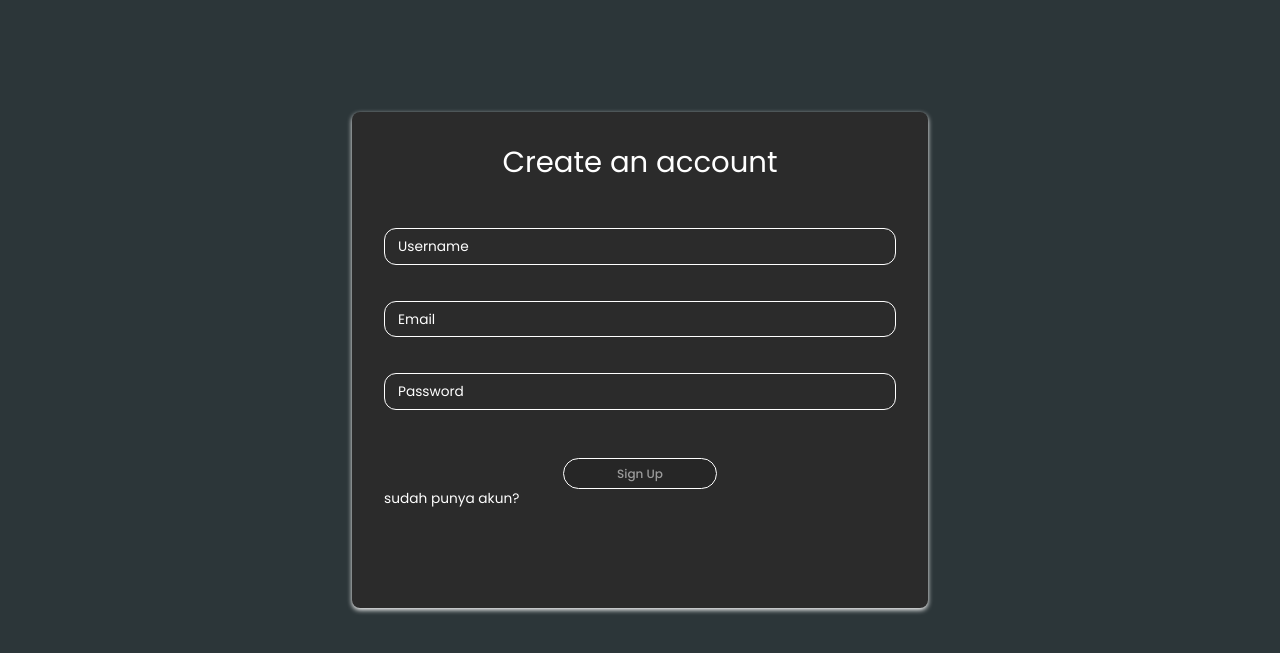
Repository: IzzaSuni/Izza-ToDo
Page: /signUp
These files come from the project's save history. The page is drawn as it stood at one moment and after the next save; the edit follows.
The browser window is 1280 px wide. The pictures show the whole page.
The project was rebuilt for these pictures with package versions that can differ from the ones it lists, and the page was loaded fresh each time. Also part of the build but not shown: src/App.css, src/services.js, src/utils/isLogin.js, src/components/List.js, src/components/Filter.js, src/components/ohayo.js, src/utils/Query.js, src/components/navbar.js and 4 more.

Above is the page before, as saved 2022-08-19 23:59:26.

After the next save:
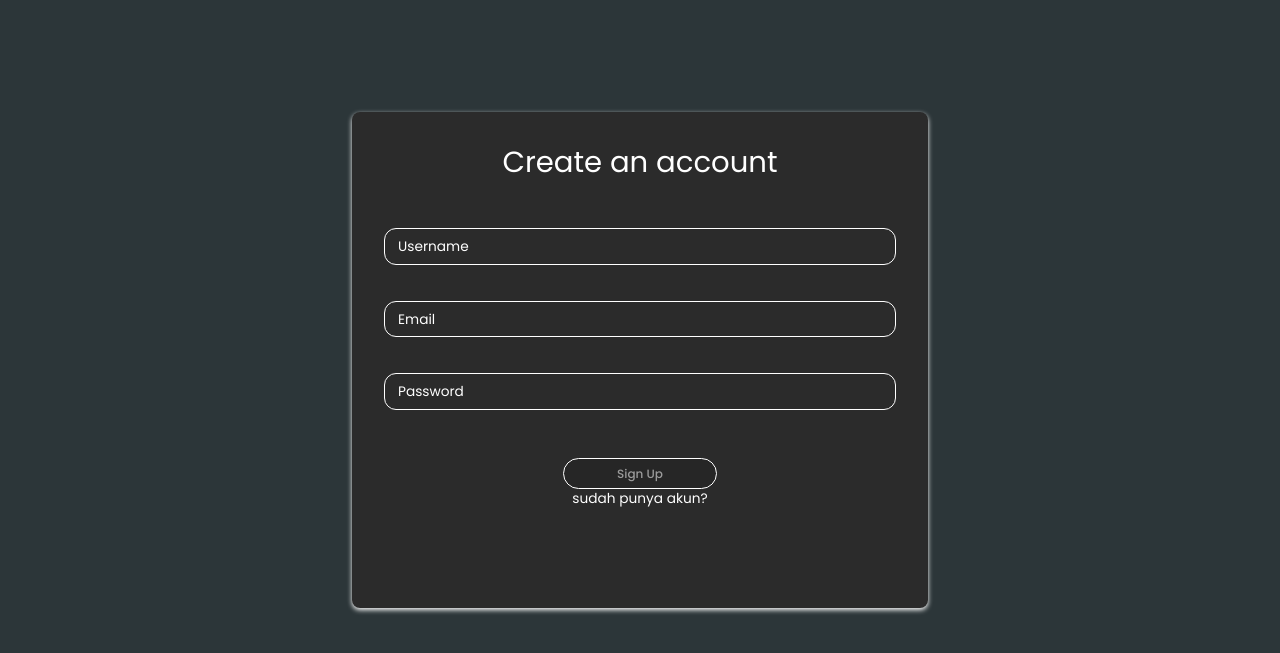
Saved 22 s later.
--- a/src/components/CreateAccount.js
+++ b/src/components/CreateAccount.js
@@ -251,7 +251,7 @@ export default function CreateAccount(prop) {
               </Input>
             </Box>
             <Box>
-              <Typography>sudah punya akun?</Typography>
+              <Typography textAlign={'center'}>sudah punya akun?</Typography>
             </Box>
           </form>
         </Box>
